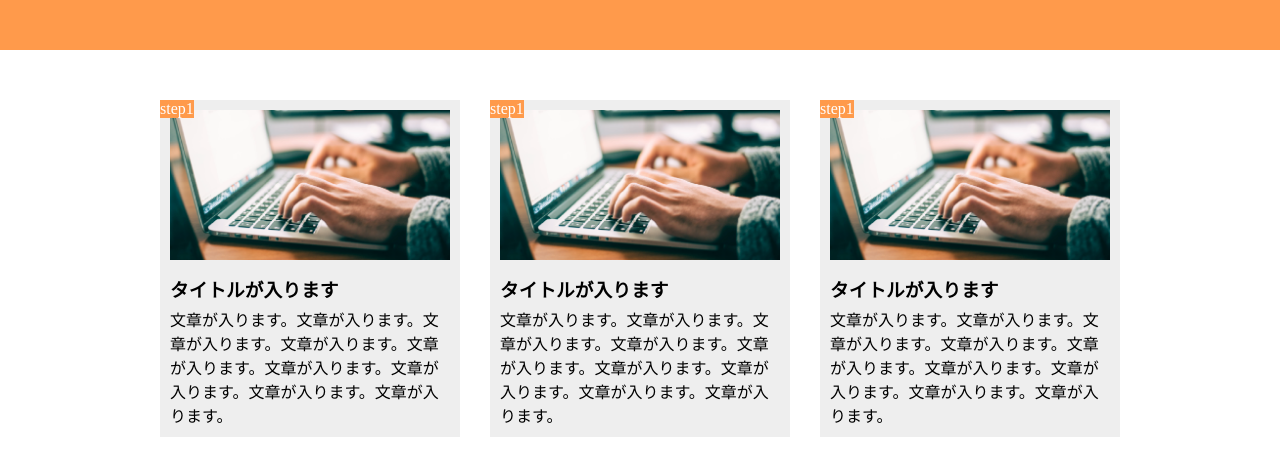
Repository: YabuYoshi/Bookers1
Page: ch9-ex/ch9-ex.html
The author's editor kept a record of every edit. The page is drawn from the files as they stood at one moment, then again after the next edit.
The browser window is 1280 px wide. The pictures show the whole page.

Above is the page before.

After the next edit:
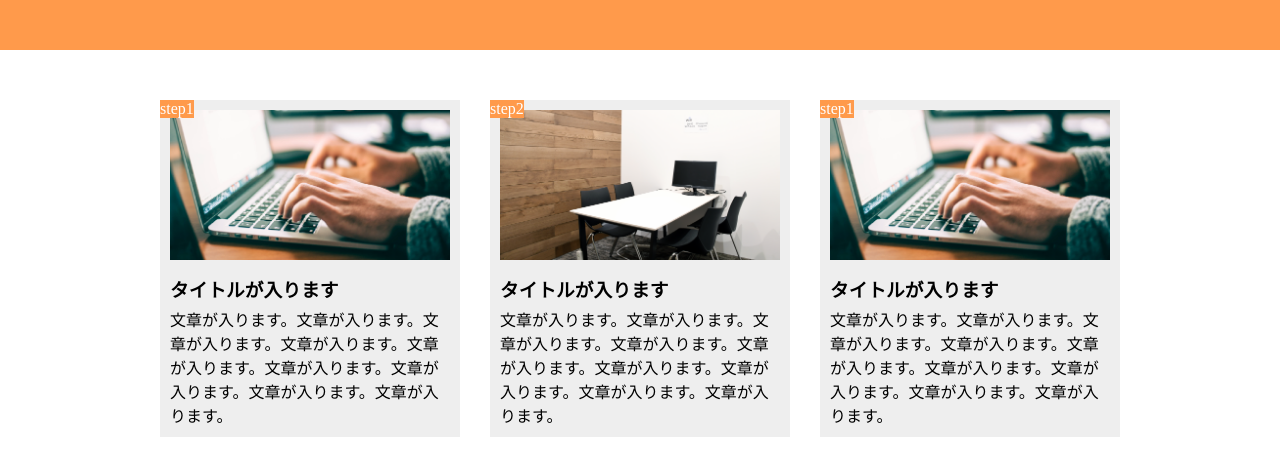
The edit:
--- a/ch9-ex/ch9-ex.html
+++ b/ch9-ex/ch9-ex.html
@@ -21,8 +21,8 @@
     </div>
 
     <div class="step-box">
-      <div class="step-img1"></div>
-      <span class="step-num">step1</span>
+      <div class="step-img2"></div>
+      <span class="step-num">step2</span>
       <h3 class="title">タイトルが入ります</h3>
       <p class="text">
         文章が入ります。文章が入ります。文章が入ります。文章が入ります。文章が入ります。文章が入ります。文章が入ります。文章が入ります。文章が入ります。
